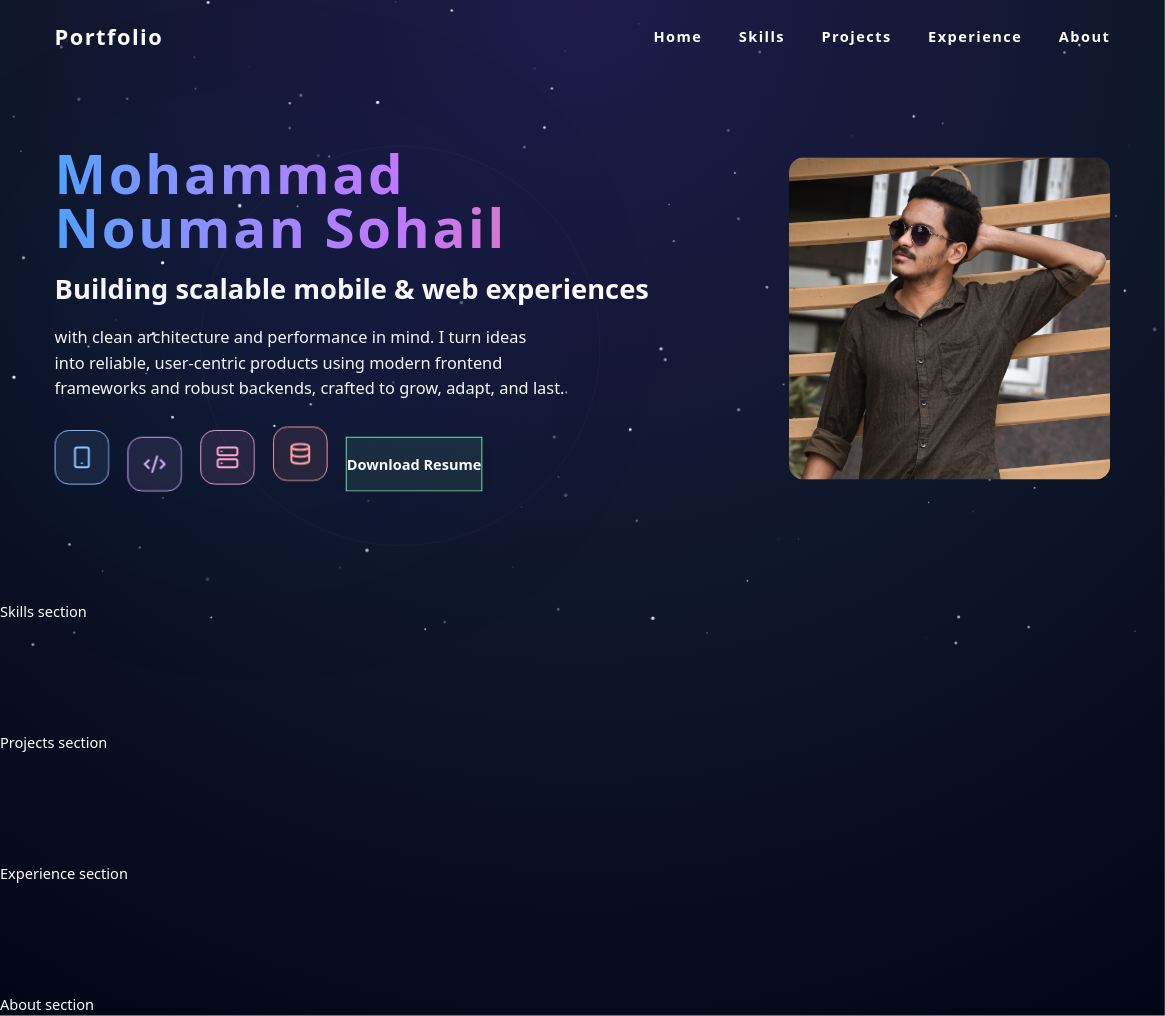
Repository: NoumanSohail/Nouman-Sohail-Portfolio
Page: /
These files come from the project's save history. The page is drawn as it stood at one moment and after the next save; the edit follows.
The browser window is 1280 px wide. The pictures show the whole page, at 91% of full size.
The project was rebuilt for these pictures with package versions that can differ from the ones it lists, and the page was loaded fresh each time. The framework's server and built-in components were replaced by stand-ins that run in the browser. Also part of the build but not shown: next.config.ts.

Above is the page before, as saved 2026-01-24 21:26:29.

After the next save:
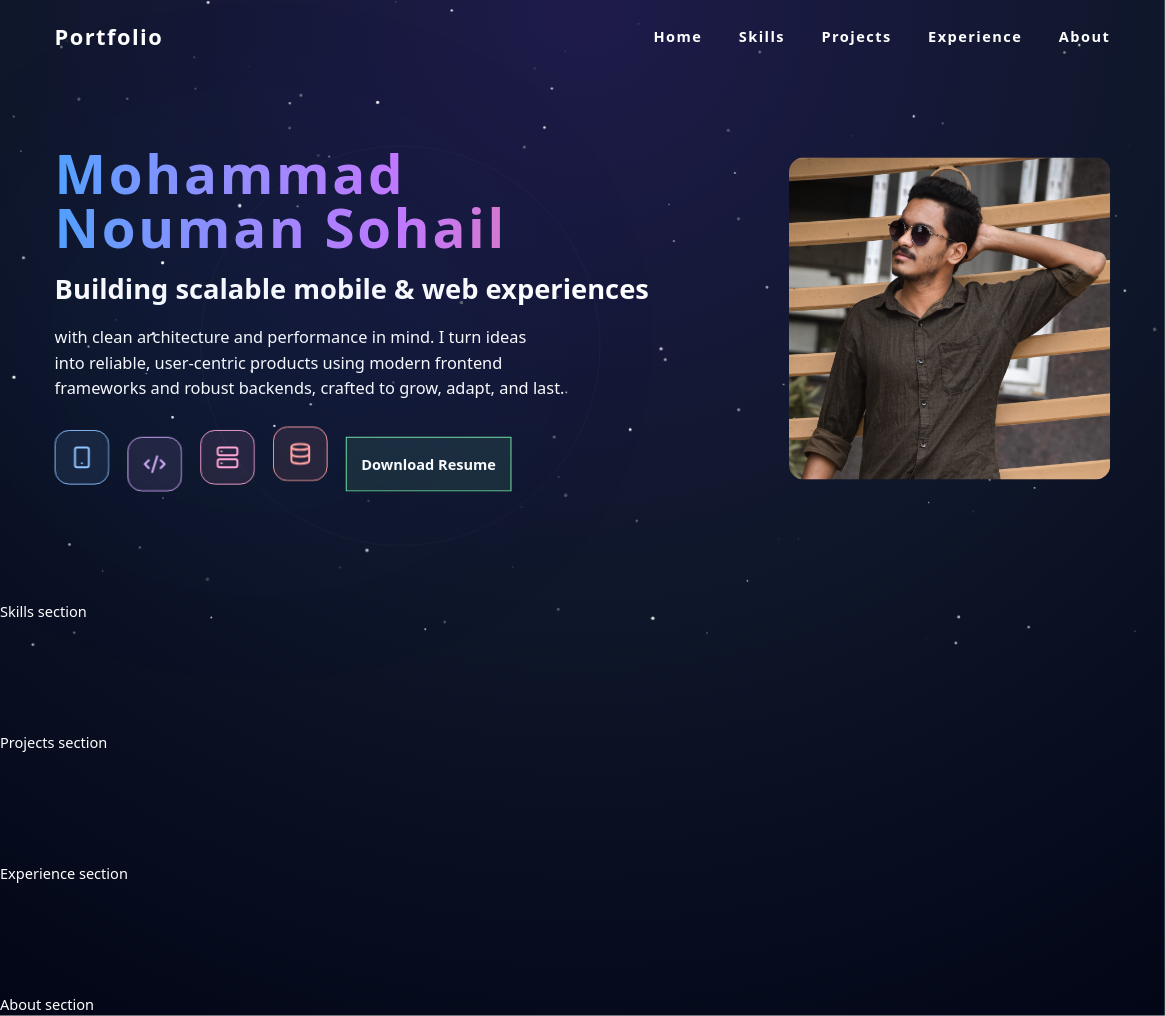
Saved 13 s later.
--- a/app/components/sections/Hero.tsx
+++ b/app/components/sections/Hero.tsx
@@ -82,7 +82,7 @@ const Hero = () => {
                         border-red-300 hover:border-red-300 text-red-300 hover:text-red-300
                         transition-all duration-300 animate-bounce [animation-delay:300ms]"
               />
-              <Button title="Download Resume" onClick={() => {}} className="border border-green-300 bg-green-300/10" />
+              <Button title="Download Resume" onClick={() => {}} className="border border-green-300 bg-green-300/10 p-4" />
             </div>
           </motion.div>
         </div>
